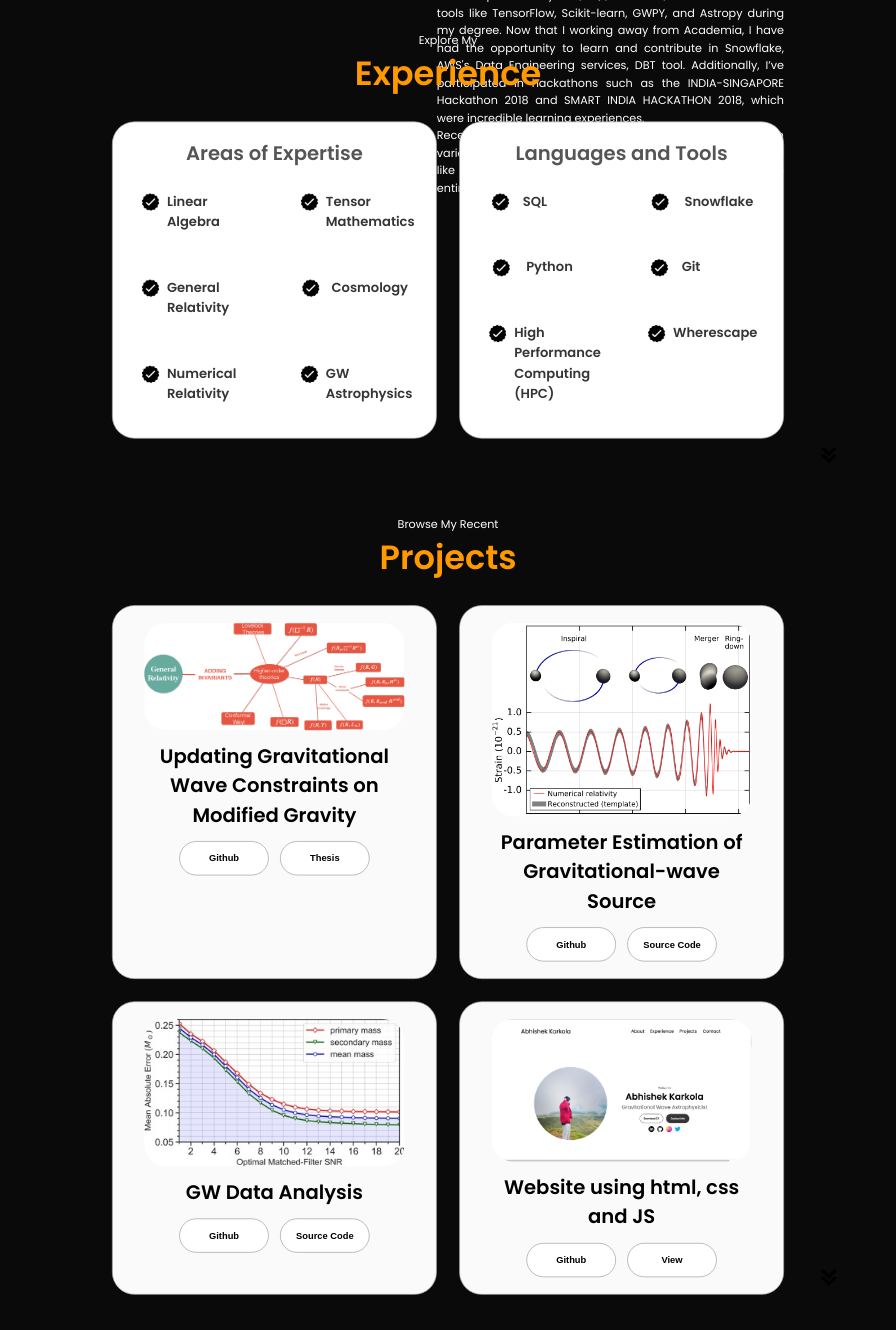
Repository: APersonalVoyage/APersonalVoyage.github.io
Page: index.html
The author's editor kept a copy of each file at every save. The page is drawn from the files as they stood at one save, then again after the next save.
The browser window is 1280 px wide. The pictures show the part of the page from y = 1492 to 3392 px (the page is 4084 px tall), at 70% of full size.
A picture or video elsewhere on the page could not be fetched, so the positions and the page height are approximate.

Above is the page before, as saved 2025-03-02 10:50:59.

After the next save:
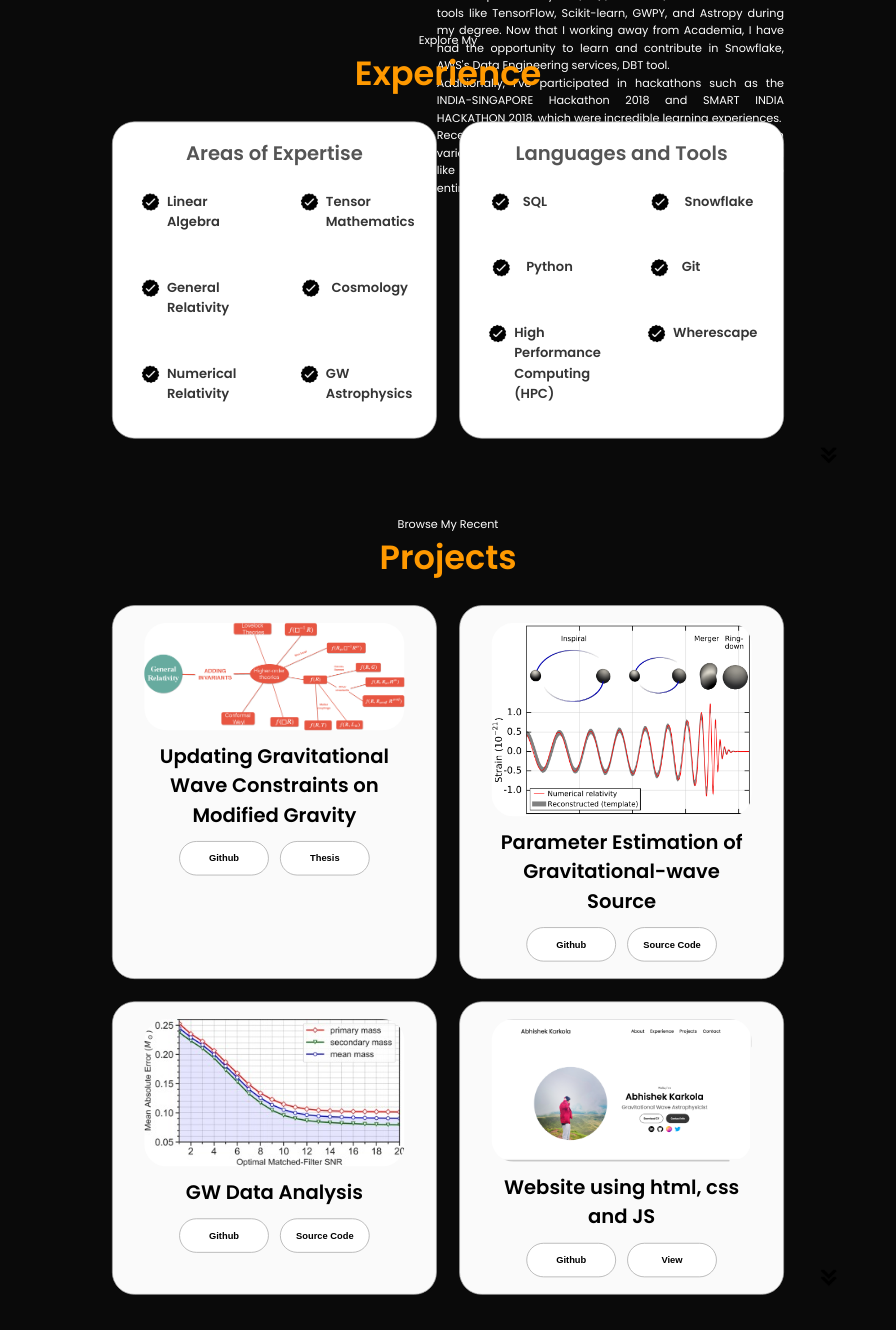
Saved 2 min 41 s later.
--- a/index.html
+++ b/index.html
@@ -110,7 +110,9 @@
 
             <p>Beyond research, I’ve contributed as a Teaching Assistant, guiding students through Computational Physics using Python. My time at ISRO provided valuable hands-on experience in algorithm development and real-world applications.</p>
 
-            <p>I have expertise in Python, SQL, and Linux, and I’ve worked with tools like TensorFlow, Scikit-learn, GWPY, and Astropy during my degree. Now that I working away from Academia, I have had the opportunity to learn and contribute in Snowflake, AWS's Data Engineering services, DBT tool. Additionally, I’ve participated in hackathons such as the INDIA-SINGAPORE Hackathon 2018 and SMART INDIA HACKATHON 2018, which were incredible learning experiences.</p>
+            <p>I have expertise in Python, SQL, and Linux, and I’ve worked with tools like TensorFlow, Scikit-learn, GWPY, and Astropy during my degree. Now that I working away from Academia, I have had the opportunity to learn and contribute in Snowflake, AWS's Data Engineering services, DBT tool.
+
+              <p>Additionally, I’ve participated in hackathons such as the INDIA-SINGAPORE Hackathon 2018 and SMART INDIA HACKATHON 2018, which were incredible learning experiences.</p>
 
             <p>Recently, I’ve revamped my blog to share my perspectives on various topics. Feel free to check it out and connect if you’d like to discuss anything—from space and technology to entirely new ideas. I’d love to exchange thoughts and insights!</p>
           </div>
